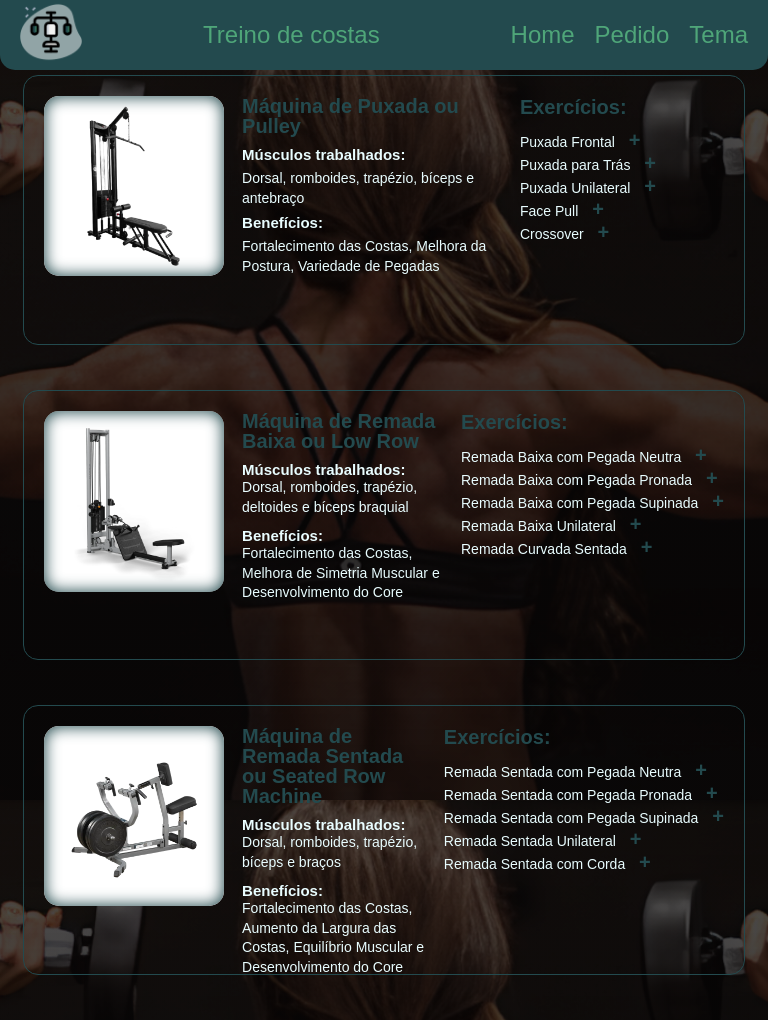
Repository: Marinalr-25/Projeto-Aparelhos-de-Academia
Page: costas.html
These files come from the project's save history. The page is drawn as it stood at one moment and after the next save; the edit follows.
The browser window is 768 px wide. The pictures show the whole page.
Backgrounds fixed to the window are drawn as part of the page.

Above is the page before, as saved 2025-01-06 17:38:25.
Console error: TypeError: Cannot read properties of null (reading 'addEventListener')

After the next save:
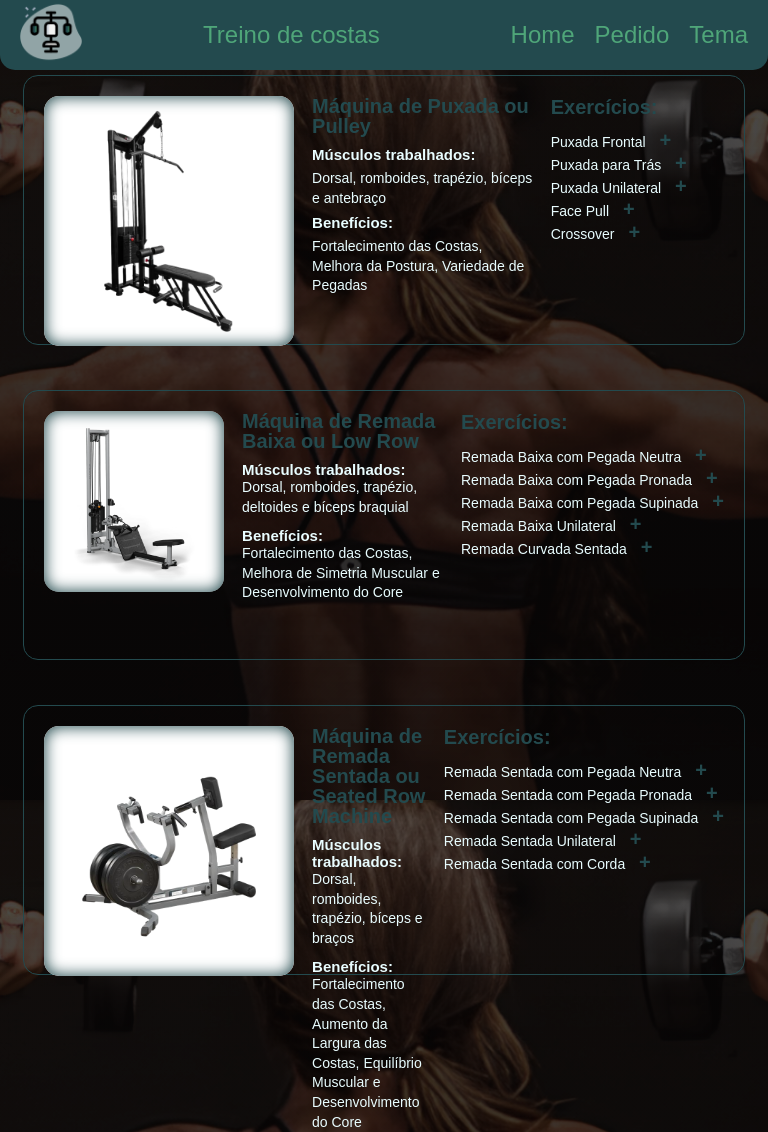
Saved 17 s later.
--- a/css/media-990.css
+++ b/css/media-990.css
@@ -10,11 +10,10 @@
           gap: 1.8rem;
 
           & .img-maquinas {
-            align-items: center;
-          }
-          & img {
-            width: 18rem;
-            height: 18rem;
+            & img {
+              width: 18rem;
+              height: 18rem;
+            }
           }
         }
 
